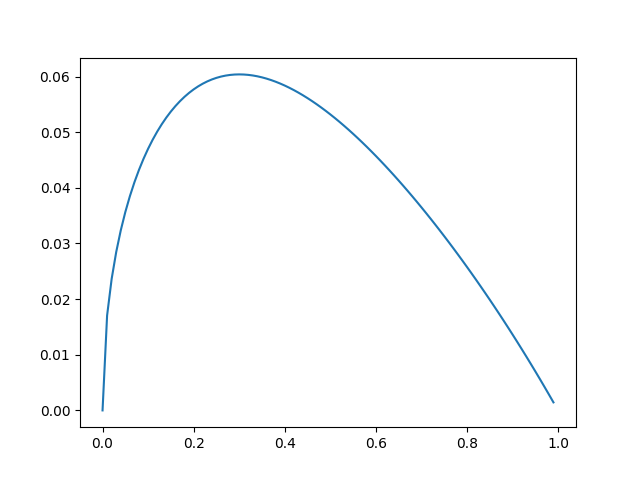
Repository: leiradom/CFDhomework
Script's output: python Laplaceequation/Meshgeneration.py
An editor plug-in stored every save of this project. The script's output is shown before and after a run of saves, followed by the edit.
Random numbers start from a fixed seed.

Above is the script's output before, as saved 2021-04-06 22:17:31.

After the next 2 saves:
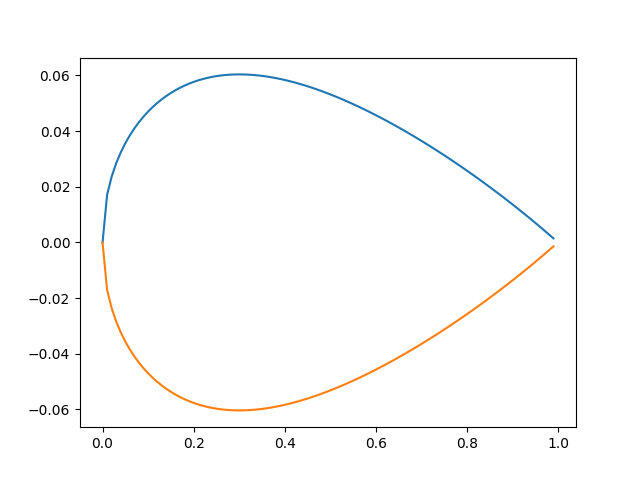
The 2 saves are shown as one change because 1 did not build or start.
The last was saved 46 s later.
--- a/Laplaceequation/Meshgeneration.py
+++ b/Laplaceequation/Meshgeneration.py
@@ -4,7 +4,8 @@ import matplotlib.pyplot as plt
 
 #数组准备
 X = np.ones(100)
-Y = np.ones(100)
+Y1 = np.ones(100)
+Y2 = np.ones(100)
 
 
 # n1 = int(input("请输入翼型表面离散点数"))
@@ -17,7 +18,10 @@ Y = np.ones(100)
 for i in range (0,100):
     x = 0.01 *  i
     y1 = 0.6 * (-0.1015 * x**4 + 0.2843 * x**3 - 0.3576 * x**2 - 0.1221 * x + 0.2969 * x ** 0.5)
+    y2 = -0.6 * (-0.1015 * x**4 + 0.2843 * x**3 - 0.3576 * x**2 - 0.1221 * x + 0.2969 * x ** 0.5)
     X[i] = x
-    Y[i] = y1
-plt.plot(X,Y)
+    Y1[i] = y1
+    Y2[i] = y2
+plt.plot(X,Y1)
+plt.plot(X,Y2)
 plt.show()
